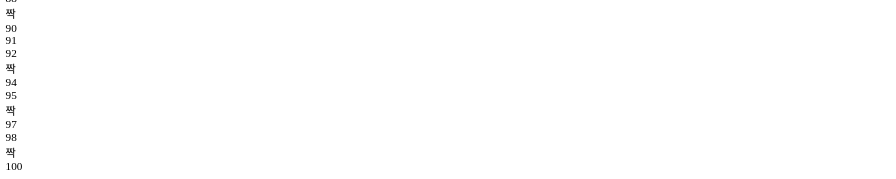
Repository: pshho/newJspProject
Page: http://localhost/JspProj/threesixnine/threesixnine.jsp
These files come from the project's save history. The page is drawn as it stood at one moment and after the next save; the edit follows.
The browser window is 1280 px wide. The pictures show the part of the page from y = 1800 to 3720 px (the page is 2055 px tall before and 19875 px after), at 70% of full size.
The page is served by Tomcat 9. Other server files are loaded and not shown.

Above is the page before, as saved 2023-07-26 03:55:48.

### JspProj/src/main/webapp/threesixnine/threesixnine.jsp
<%@ page language="java" contentType="text/html; charset=UTF-8"
    pageEncoding="UTF-8"%>
<!DOCTYPE html>
<html>
<head>
<meta charset="UTF-8">
<title>3, 6, 9</title>
</head>
<body>
	<h2>3, 6, 9</h2>
	<%!
		int a = 369;
	%>
	<%
		for(int i=0; i<100; i++){
			if((i+1)%10==3 || (i+1)%10==6 || (i+1)%10==9){
				out.print(" 짝 " + "<br/>");
			}else {
				out.print((i+1) + "<br/>");
			}
		}


		if(a%3==0 && a<10){
			out.print(" 짝 " + "<br/>");
		}
	%>
</body>
</html>

After the next save:
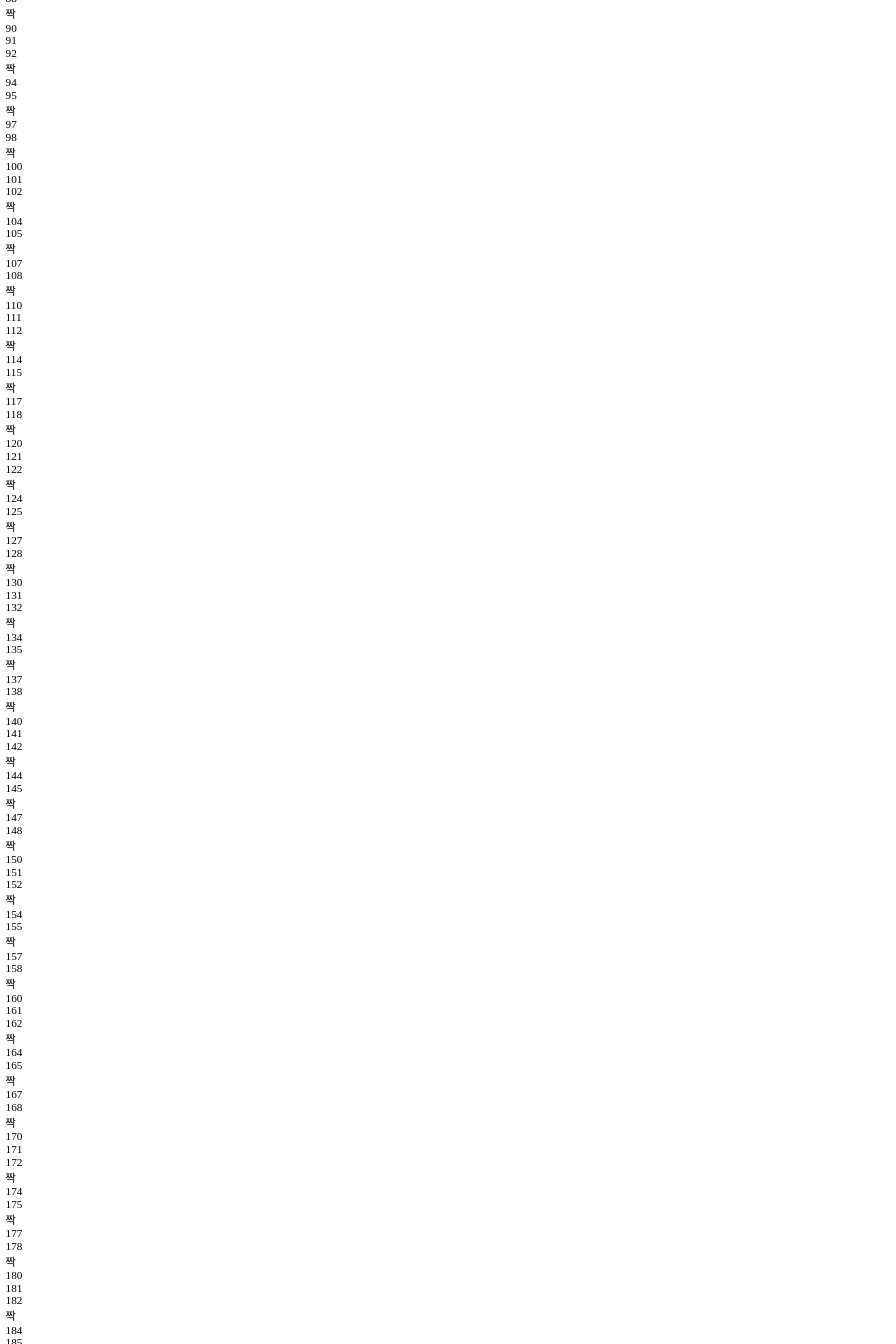
Saved 2 min 26 s later.
--- a/JspProj/src/main/webapp/threesixnine/threesixnine.jsp
+++ b/JspProj/src/main/webapp/threesixnine/threesixnine.jsp
@@ -12,7 +12,7 @@
 		int a = 369;
 	%>
 	<%
-		for(int i=0; i<100; i++){
+		for(int i=0; i<1000; i++){
 			if((i+1)%10==3 || (i+1)%10==6 || (i+1)%10==9){
 				out.print(" 짝 " + "<br/>");
 			}else {
